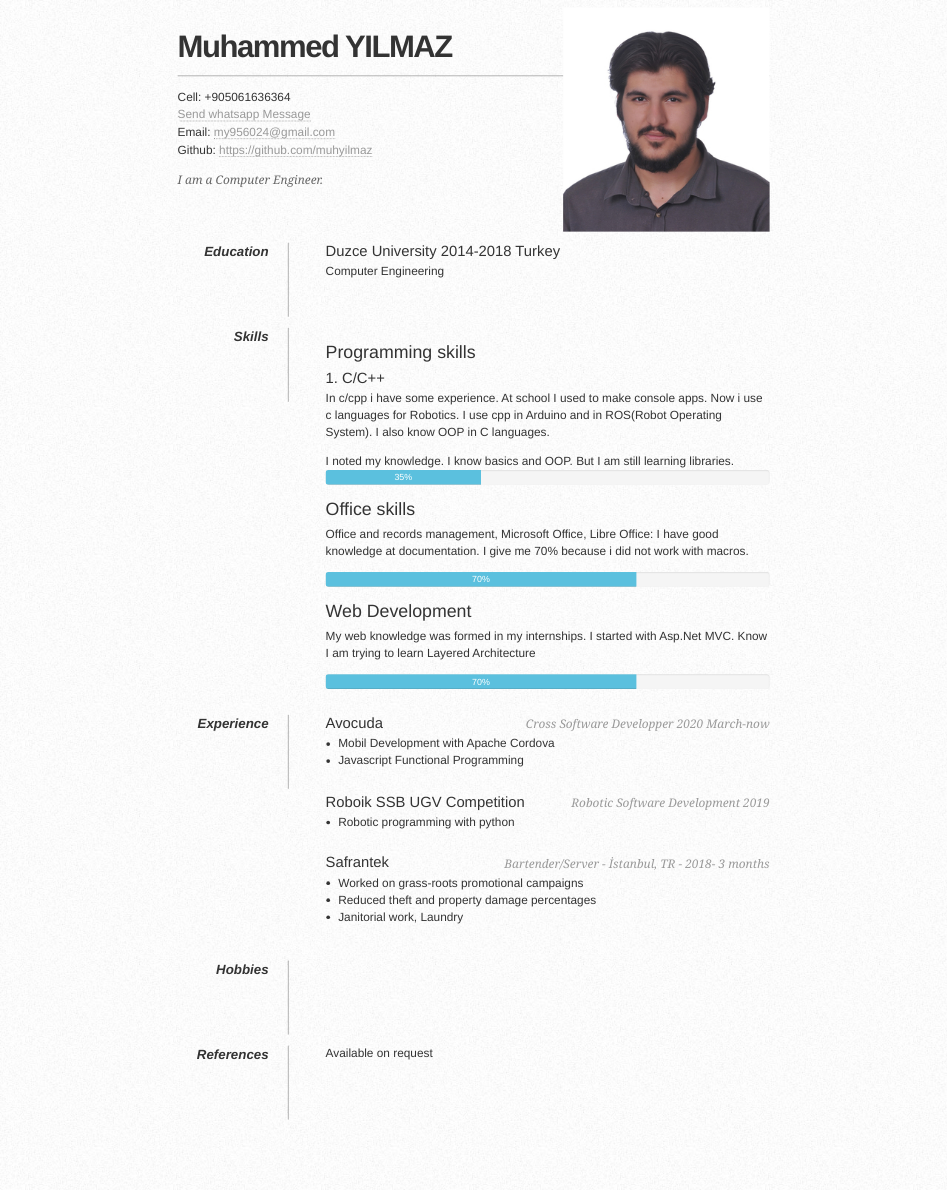
Repository: muhyilmaz/muhyilmaz.github.io
Page: index.html
The author's editor kept a copy of each file at every save. The page is drawn from the files as they stood at one save, then again after the next save.
The browser window is 1280 px wide. The pictures show the whole page, at 74% of full size.

Above is the page before, as saved 2020-06-08 18:38:20.

After the next save:
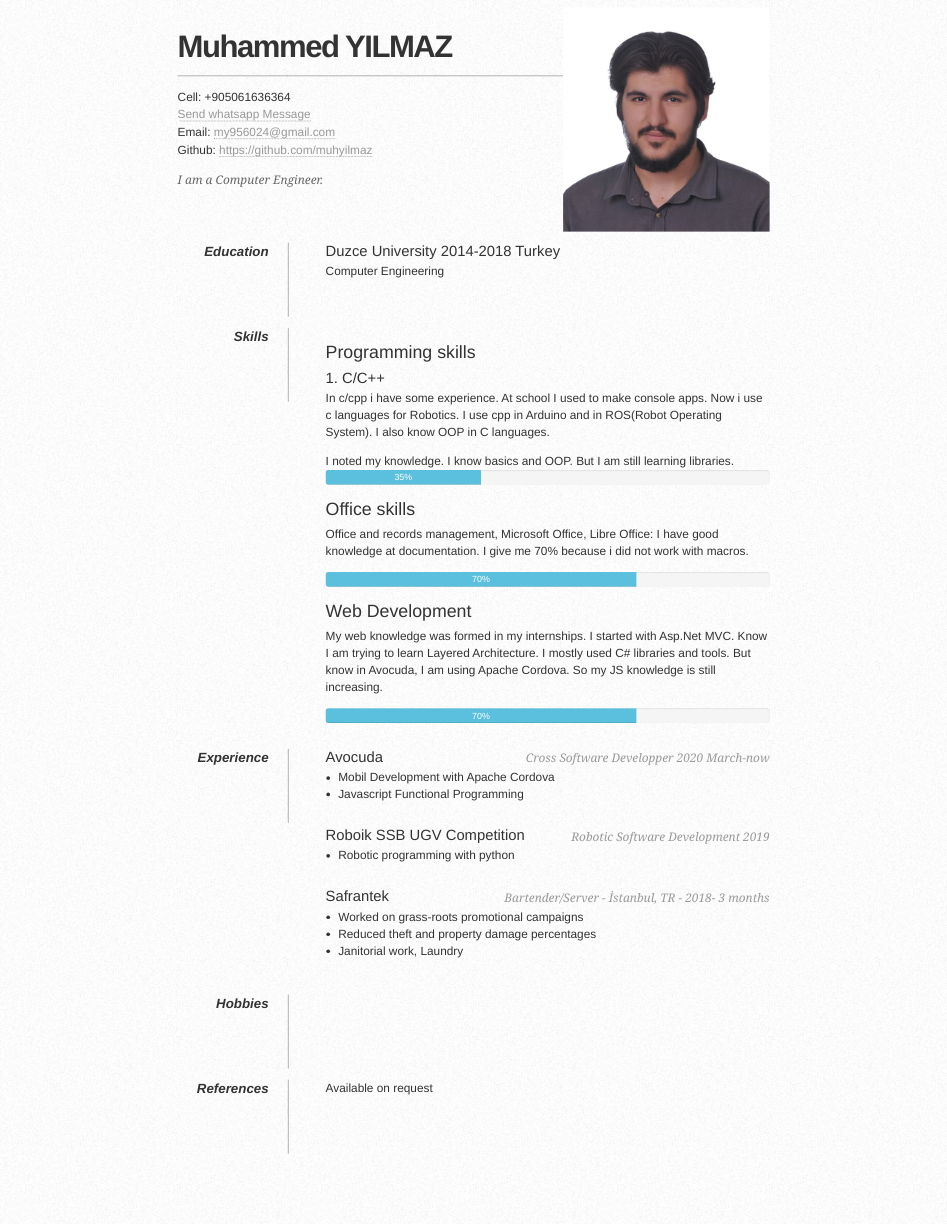
Saved 49 s later.
--- a/index.html
+++ b/index.html
@@ -102,7 +102,7 @@
                   </div>
 
                   <h3>Web Development</h3>
-                <p>My web knowledge was formed in my internships. I started with Asp.Net MVC. Know I am trying to learn Layered Architecture</p>
+                <p>My web knowledge was formed in my internships. I started with Asp.Net MVC. Know I am trying to learn Layered Architecture. I mostly used C# libraries and tools. But know in Avocuda, I am using Apache Cordova. So my JS knowledge is still increasing. </p>
                 <div class="progress">
                     <div class="progress-bar progress-bar-info" role="progressbar" aria-valuenow="60" aria-valuemin="0" aria-valuemax="100" style="width:70%">
                         70%
